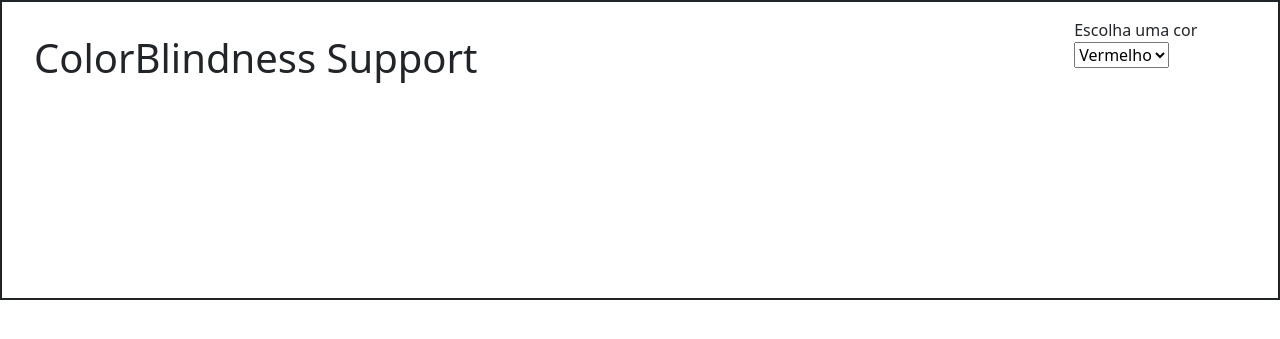
Repository: pedrosiqueira/daltonchrome
Page: popup.html
These files come from the project's save history. The page is drawn as it stood at one moment and after the next save; the edit follows.
The browser window is 1280 px wide. The pictures show the whole page.

Above is the page before, as saved 2022-06-17 13:03:23.

### popup.html
<!DOCTYPE html>
<html>

<head>
    <meta charset="utf-8" />
    <link href="css/vendor/bootstrap.min.css" rel="stylesheet" crossorigin="anonymous">
    <link rel="stylesheet" type="text/css" href="css/popup.css" />
</head>

<body class="p-3 d-flex border border-dark border-2 ">

    <div class="container flex p-3 d-flex">

        <h1> ColorBlindness Support </h1>

        <!--
        <div class="form-check form-switch col">
            <input class="form-check-input" type="checkbox" id="flexSwitchCheckChecked">
            <label class="form-check-label" for="flexSwitchCheckChecked" id="MeuSwitch">Ativar extensão</label>
        </div>

        <button id="meubotao" type="button" class="btn row w-10 h-15 btn-dark">
            Clique-me
        </button>
    -->

    </div>

    <div class="flex  center-block">
        <label for="cores">Escolha uma cor</label>

        <select name="cores" id="cores">
            <option value="red">Vermelho</option>
            <option value="green">Verde</option>
            <option value="blue">Azul</option>
        </select>
    </div>

    <script src="js/vendor/jquery-3.6.0.min.js"></script>
    <script src="js/vendor/bootstrap.bundle.min.js"></script>
    <script src="js/popup.js"></script>
</body>

</html>

### css/popup.css
body {
    min-width:600px;
    min-height:300px;
}

#table-wrapper {
    position:relative;
    white-space: nowrap;
}
#table-scroll {
    overflow:auto;
    margin-top:20px;
}
#table-wrapper table {
    width:100%;

}

#table-wrapper table thead th .text {
    position:absolute;
    top:-20px;
    z-index:2;
    height:20px;
    width:35%;
    border:1px solid red;
}

#table-wrapper table tbody td{
    border: 1px solid black;
}

### js/popup.js
start()

function start() {
    $("#meubotao").click(umafuncao)
}

function ativar(){
    $("#MeuSwitch")
}


async function umafuncao() {

    // obtém a aba atual
    [currentTab] = await chrome.tabs.query({ active: true, currentWindow: true });

    // envia mensagem para a aba atual
    chrome.tabs.sendMessage(currentTab.id, { nome: "Carol", curso: "TADS", orientador: "pedro" }, callback);


}

// funcao que recebe a resposta da mensagem que foi enviada para alguma aba
function callback(response) {
    console.log("ufa, a mensagem conseguiu chegar!")
    console.log(response)
}

Loaded but not shown: css/vendor/bootstrap.min.css (library); js/vendor/jquery-3.6.0.min.js (library); js/vendor/bootstrap.bundle.min.js (library)

After the next save:
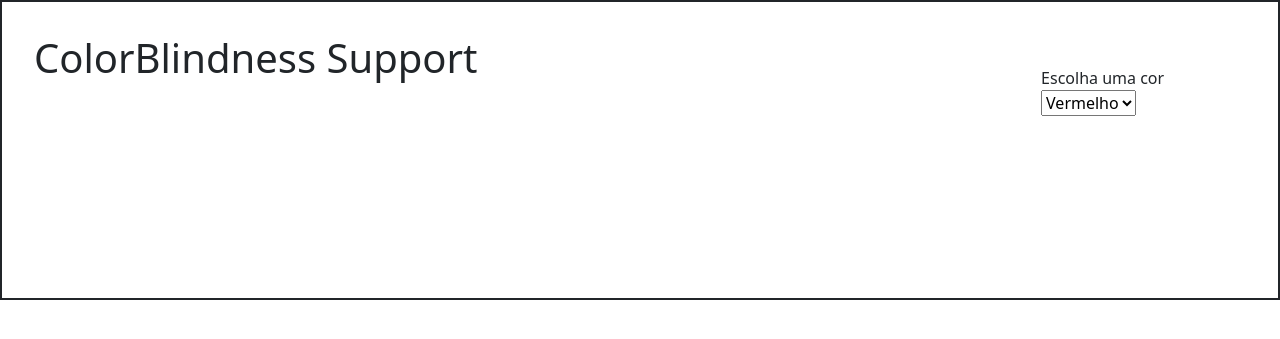
Saved 20 s later.
--- a/popup.html
+++ b/popup.html
@@ -26,7 +26,7 @@
 
     </div>
 
-    <div class="flex  center-block">
+    <div class="flex p-5">
         <label for="cores">Escolha uma cor</label>
 
         <select name="cores" id="cores">

After the save that followed:
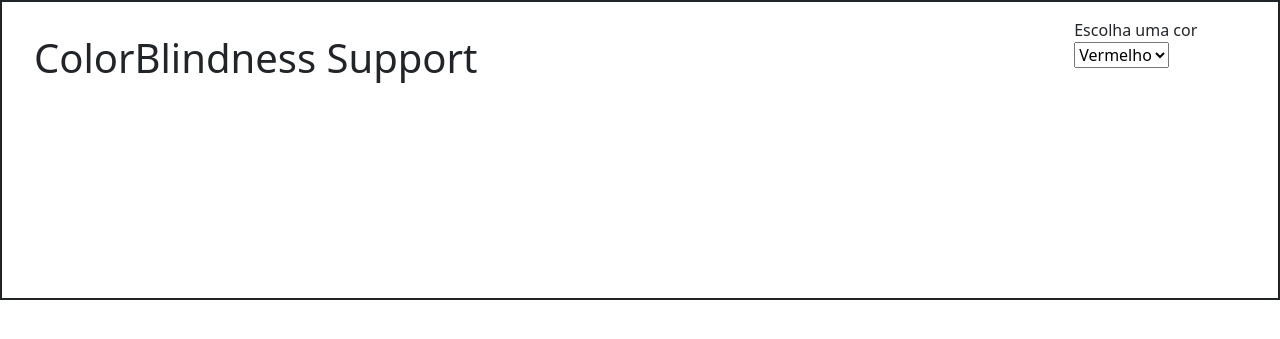
Saved 7 s later.
--- a/popup.html
+++ b/popup.html
@@ -26,7 +26,7 @@
 
     </div>
 
-    <div class="flex p-5">
+    <div class="flex">
         <label for="cores">Escolha uma cor</label>
 
         <select name="cores" id="cores">
